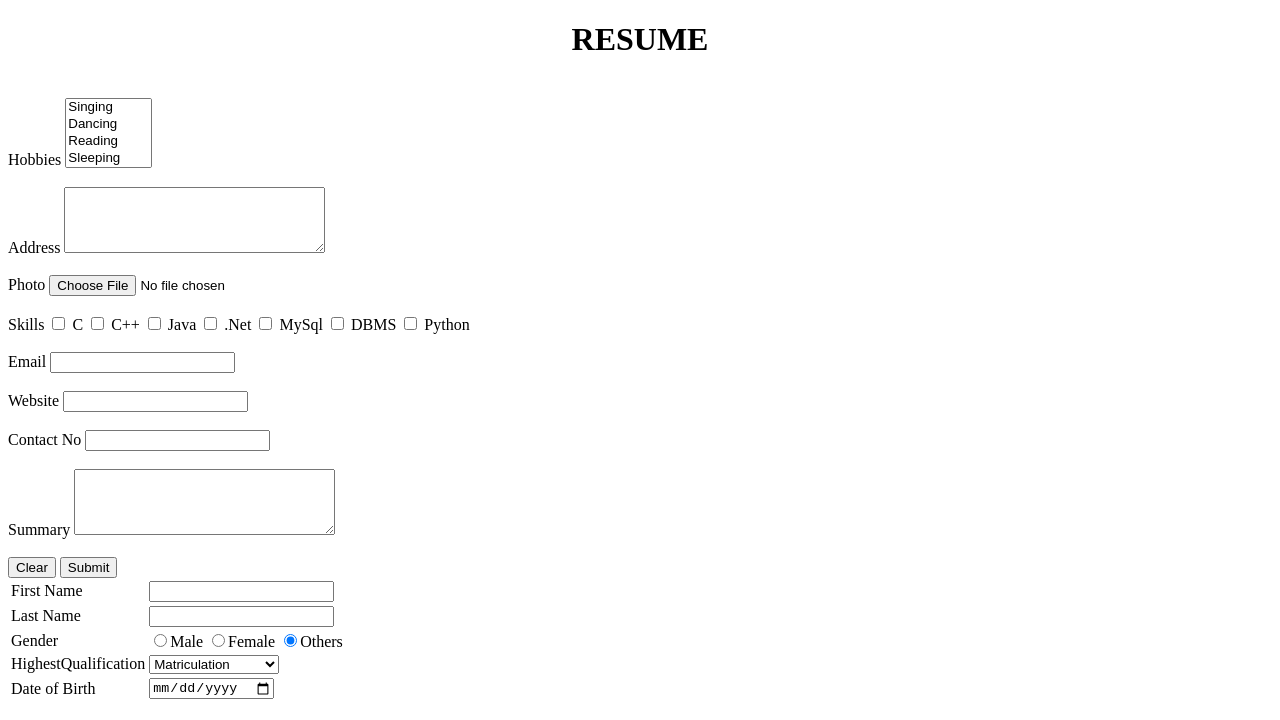
Repository: Rccalfa123/JEE
Page: MyFirstServlet/WebContent/Resume.html
An editor plug-in stored every save of this project. The page is shown before and after the next save, followed by the edit.
The browser window is 1280 px wide. The pictures show the whole page.

Above is the page before, as saved 2018-08-07 08:50:20.

### MyFirstServlet/WebContent/Resume.html
<!DOCTYPE html>
<html>
<head>
<meta charset="ISO-8859-1">
<title>Resume</title>
</head>
<body>
   <form action="ms1.java" method="get">
   <h1 align="center"> RESUME </h1><br>
  <table>
   <tr><td>First Name </td><td><input type="text" name="fname"><br></td></tr>

   <tr><td>Last Name</td> <td> <input type="text" name="lname"><br></td></tr>

   <tr><td>Gender</td> <td><input type="radio" name = "gender" value="male" checked="checked">Male
   		  <input type="radio" name = "gender" value="female" checked="checked">Female
   		  <input type="radio" name = "gender" value="others" checked="checked">Others<br></td></tr>

   <tr><td>HighestQualification</td> <td><select name = "Qualification">
            <option value="matriculation">Matriculation</option>
            <option value="intermediate">Intermediate</option>
            <option value="bachaolor_degree">Bachaelor Degree</option>
            <option value="masters">Masters</option>
   			</select></td></tr>

   <tr><td>Date of Birth</td><td> <input type="date" name="dob"><br></td></tr>

   Hobbies <select multiple  name = "hobbies">
            <option value="singing">Singing</option>
            <option value="dancing">Dancing</option>
            <option value="reading">Reading</option>
            <option value="sleeping">Sleeping</option>
            <option value="eating">Eating</option>
            <option value="video_games">Video Games</option>

   			</select><br><br>

   Address <textarea name="address"   rows="4" cols="30"></textarea><br><br>

   Photo	<input type="file"  name="photo">	<br><br>


   Skills    <input type="checkbox" name="skills" value="c"> C
   			 <input type="checkbox" name="skills" value="c++"> C++
   			 <input type="checkbox" name="skills" value="java"> Java
  			 <input type="checkbox" name="skills" value=".net"> .Net
  			 <input type="checkbox" name="skills" value="mysql"> MySql
   			 <input type="checkbox" name="skills" value="dbms"> DBMS
   			 <input type="checkbox" name="skills" value="python"> Python <br><br>

  Email    <input type="email"  name="email"> <br><br>

  Website  <input type="url" name="website"><br><br>

  Contact No <input type="text" name="contact_no"> <br><br>

  Summary  <textarea name="summary"   rows="4" cols="30"></textarea><br><br>

   <div>  <input type="reset" value="Clear"> <input type="submit" value="Submit"> </div>
  </table>
 </form>


</body>
</html>

After the next save:
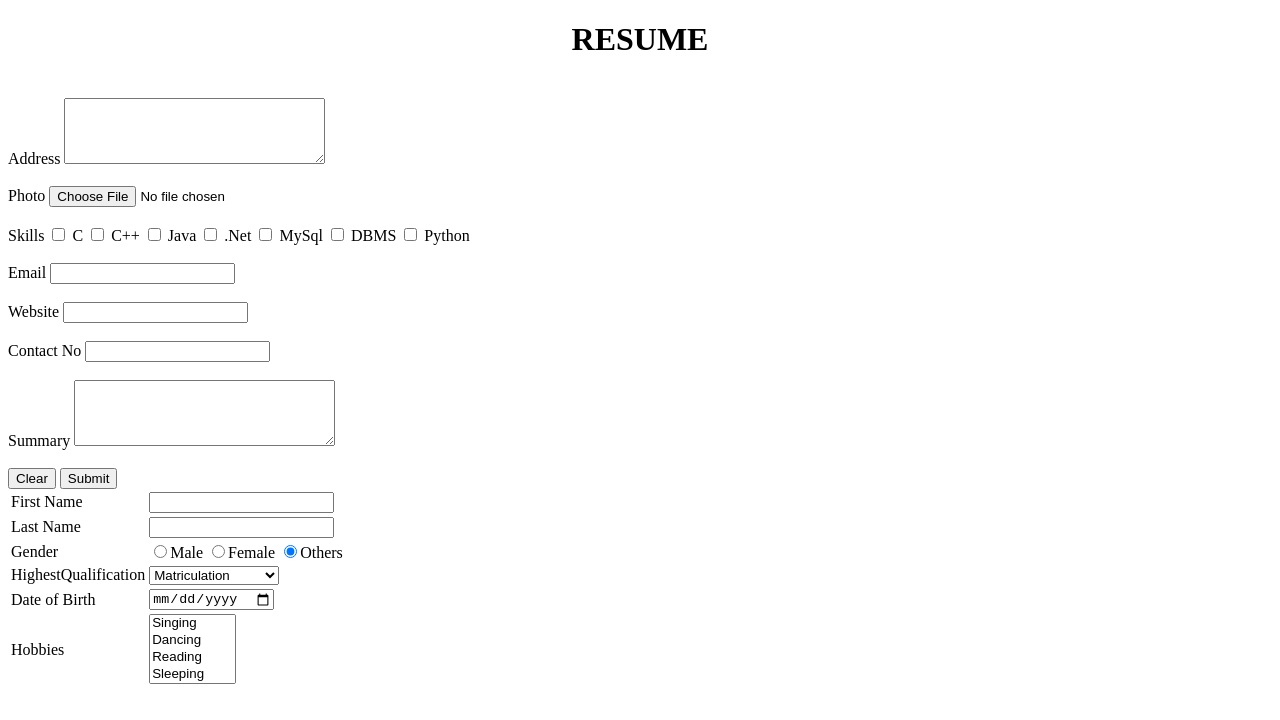
Saved 33 s later.
--- a/MyFirstServlet/WebContent/Resume.html
+++ b/MyFirstServlet/WebContent/Resume.html
@@ -25,15 +25,14 @@
 
    <tr><td>Date of Birth</td><td> <input type="date" name="dob"><br></td></tr>
 
-   Hobbies <select multiple  name = "hobbies">
+   <tr><td>Hobbies</td> <td><select multiple  name = "hobbies">
             <option value="singing">Singing</option>
             <option value="dancing">Dancing</option>
             <option value="reading">Reading</option>
             <option value="sleeping">Sleeping</option>
             <option value="eating">Eating</option>
             <option value="video_games">Video Games</option>
-
-   			</select><br><br>
+   			</select><br></td></tr>
 
    Address <textarea name="address"   rows="4" cols="30"></textarea><br><br>
 
